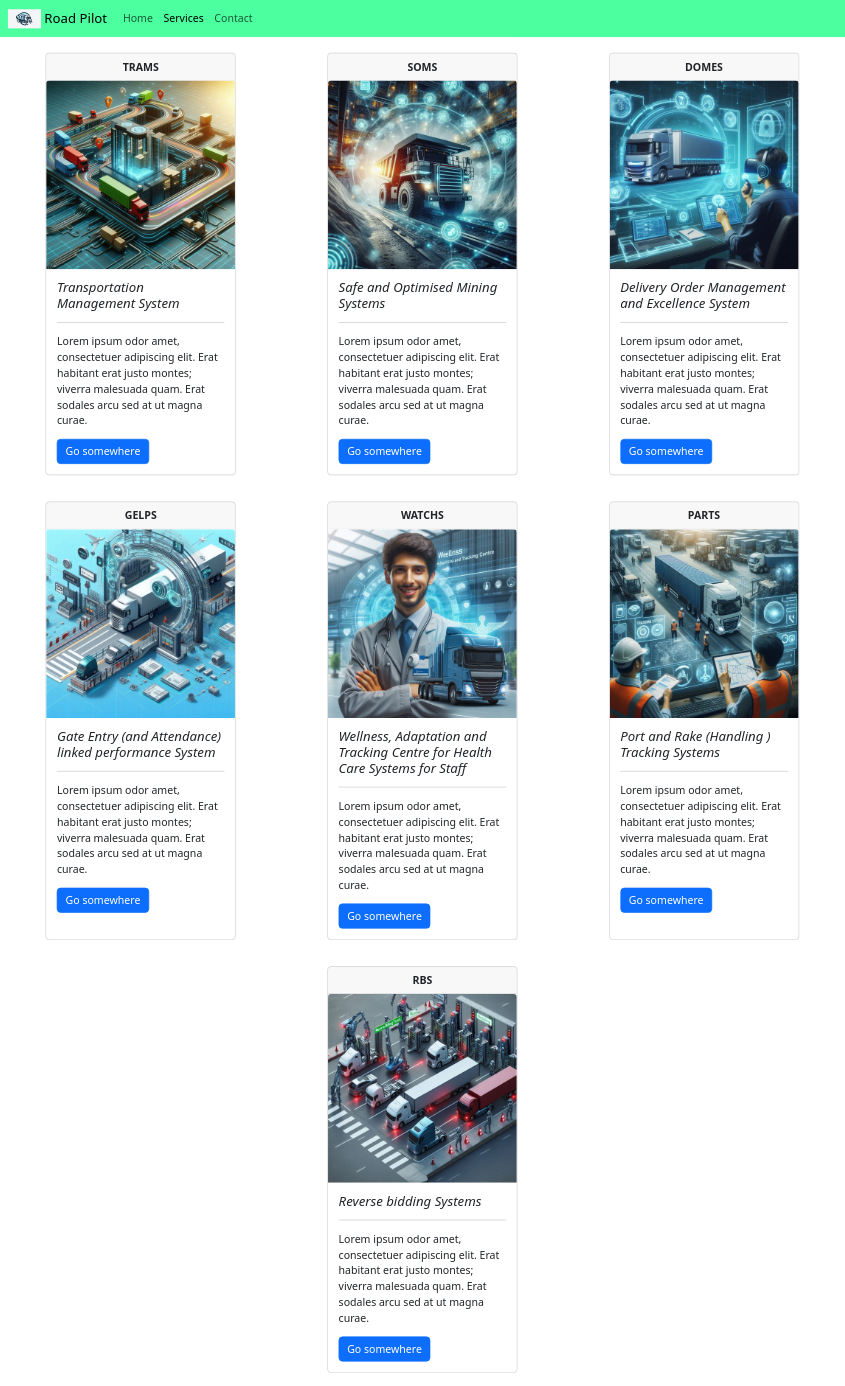
Repository: VictoriousMango/WebCreator
Page: pages/Services.html
The author's editor kept a copy of each file at every save. The page is drawn from the files as they stood at one save, then again after a run of saves.
The browser window is 1280 px wide. The pictures show the whole page, at 66% of full size.

Above is the page before, as saved 2024-11-09 12:15:32.

### pages/Services.html
<!DOCTYPE html>
<html lang="en">

<head>
    <meta charset="UTF-8">
    <meta name="viewport" content="width=device-width, initial-scale=1.0">
    <title>Web Creator</title>
    <link href="https://cdn.jsdelivr.net/npm/bootstrap@5.3.3/dist/css/bootstrap.min.css" rel="stylesheet"
        integrity="sha384-QWTKZyjpPEjISv5WaRU9OFeRpok6YctnYmDr5pNlyT2bRjXh0JMhjY6hW+ALEwIH" crossorigin="anonymous">
    <link rel="stylesheet" href="../assets/css/services.css">
</head>

<body>
    <!-- Navbar -->
    <nav class="navbar navbar-expand-lg">
        <div class="container-fluid">
            <a class="navbar-brand" href="#">
                <img src="../assets/images/Logo.png" alt="Logo" width="50px" class="d-inline-block align-text-top">
                Road Pilot
            </a>
            <button class="navbar-toggler" type="button" data-bs-toggle="collapse" data-bs-target="#navbarNav"
                aria-controls="navbarNav" aria-expanded="false" aria-label="Toggle navigation">
                <span class="navbar-toggler-icon"></span>
            </button>
            <div class="collapse navbar-collapse" id="navbarNav">
                <ul class="navbar-nav">
                    <li class="nav-item">
                        <a class="nav-link" href="../">Home</a>
                    </li>
                    <li class="nav-item">
                        <a class="nav-link active" aria-current="page" href="#">Services</a>
                    </li>
                    <li class="nav-item">
                        <a class="nav-link" href="./contact.html">Contact</a>
                    </li>
                </ul>
            </div>
        </div>
    </nav>
    <!-- NavBar -->
    <!-- Solutions/Softwares we may provide
            *Transportation Management System (TRAMS)
            *Safe and Optimised Mining Systems (SOMS)
            *Delivery Order Management and Excellence System (DOMES)
            *Gate Entry (and Attendance) linked performance System (GELPS)
            *Wellness ,Adaptation and Tracking Centre for Health Care Systems for Staff(WATCHS)
            *Port and Rake (Handling ) Tracking Systems(PARTS)
            *Reverse bidding Systems
    -->
    <div class="services">
        <!-- TRAMS -->
        <div class="card" style="width: 18rem;">
            <div class="card-header">
                <b>TRAMS</b>
            </div>
            <img src="../assets/images/TRAMS.png" class="card-img-top" alt="...">
            <div class="card-body">
                <h5 class="card-title"><i>Transportation Management System</i></h5>
                <hr>
                <p class="card-text">Lorem ipsum odor amet, consectetuer adipiscing elit. Erat habitant erat justo montes; viverra malesuada quam. Erat sodales arcu sed at ut magna curae.</p>
                <a href="#" class="btn btn-primary">Go somewhere</a>
            </div>
        </div>
        <!-- SOMS -->
        <div class="card" style="width: 18rem;">
            <div class="card-header">
                <b>SOMS</b>
            </div>
            <img src="../assets/images/SOMS.png" class="card-img-top" alt="...">
            <div class="card-body">
                <h5 class="card-title"><i>Safe and Optimised Mining Systems</i></h5>
                <hr>
                <p class="card-text">Lorem ipsum odor amet, consectetuer adipiscing elit. Erat habitant erat justo montes; viverra malesuada quam. Erat sodales arcu sed at ut magna curae.</p>
                <a href="#" class="btn btn-primary">Go somewhere</a>
            </div>
        </div>
        <!-- DOMES -->
        <div class="card" style="width: 18rem;">
            <div class="card-header">
                <b>DOMES</b>
            </div>
            <img src="../assets/images/DOMES.png" class="card-img-top" alt="...">
            <div class="card-body">
                <h5 class="card-title"><i>Delivery Order Management and Excellence System</i></h5>
                <hr>
                <p class="card-text">Lorem ipsum odor amet, consectetuer adipiscing elit. Erat habitant erat justo montes; viverra malesuada quam. Erat sodales arcu sed at ut magna curae.</p>
                <a href="#" class="btn btn-primary">Go somewhere</a>
            </div>
        </div>
        <!-- GELPS -->
        <div class="card" style="width: 18rem;">
            <div class="card-header">
                <b>GELPS</b>
            </div>
            <img src="../assets/images/GELPS.png" class="card-img-top" alt="...">
            <div class="card-body">
                <h5 class="card-title"><i>
                    Gate Entry (and Attendance) linked performance System
                </i></h5>
                <hr>
                <p class="card-text">Lorem ipsum odor amet, consectetuer adipiscing elit. Erat habitant erat justo montes; viverra malesuada quam. Erat sodales arcu sed at ut magna curae.</p>
                <a href="#" class="btn btn-primary">Go somewhere</a>
            </div>
        </div>
        <!-- WATCHS -->
        <div class="card" style="width: 18rem;">
            <div class="card-header">
                <b>WATCHS</b>
            </div>
            <img src="../assets/images/WATCHS.png" class="card-img-top" alt="...">
            <div class="card-body">
                <h5 class="card-title"><i>Wellness, Adaptation and Tracking Centre for Health Care Systems for Staff</i></h5>
                <hr>
                <p class="card-text">Lorem ipsum odor amet, consectetuer adipiscing elit. Erat habitant erat justo montes; viverra malesuada quam. Erat sodales arcu sed at ut magna curae.</p>
                <a href="#" class="btn btn-primary">Go somewhere</a>
            </div>
        </div>
        <!-- PARTS -->
        <div class="card" style="width: 18rem;">
            <div class="card-header">
                <b>PARTS</b>
            </div>
            <img src="../assets/images/PARTS.png" class="card-img-top" alt="...">
            <div class="card-body">
                <h5 class="card-title"><i>Port and Rake (Handling ) Tracking Systems</i></h5>
                <hr>
                <p class="card-text">Lorem ipsum odor amet, consectetuer adipiscing elit. Erat habitant erat justo montes; viverra malesuada quam. Erat sodales arcu sed at ut magna curae.</p>
                <a href="#" class="btn btn-primary">Go somewhere</a>
            </div>
        </div>
        <!-- RBS -->
        <div class="card" style="width: 18rem;">
            <div class="card-header">
                <b>RBS</b>
            </div>
            <img src="../assets/images/RBS.png" class="card-img-top" alt="...">
            <div class="card-body">
                <h5 class="card-title"><i>Reverse bidding Systems</i></h5>
                <hr>
                <p class="card-text">Lorem ipsum odor amet, consectetuer adipiscing elit. Erat habitant erat justo montes; viverra malesuada quam. Erat sodales arcu sed at ut magna curae.</p>
                <a href="#" class="btn btn-primary">Go somewhere</a>
            </div>
        </div>
    </div>


    <!-- Scripts -->
    <script src="https://cdn.jsdelivr.net/npm/bootstrap@5.3.3/dist/js/bootstrap.bundle.min.js"
        integrity="sha384-YvpcrYf0tY3lHB60NNkmXc5s9fDVZLESaAA55NDzOxhy9GkcIdslK1eN7N6jIeHz"
        crossorigin="anonymous"></script>
    <script src="https://cdn.jsdelivr.net/npm/@popperjs/core@2.11.8/dist/umd/popper.min.js"
        integrity="sha384-I7E8VVD/ismYTF4hNIPjVp/Zjvgyol6VFvRkX/vR+Vc4jQkC+hVqc2pM8ODewa9r"
        crossorigin="anonymous"></script>
    <script src="https://cdn.jsdelivr.net/npm/bootstrap@5.3.3/dist/js/bootstrap.min.js"
        integrity="sha384-0pUGZvbkm6XF6gxjEnlmuGrJXVbNuzT9qBBavbLwCsOGabYfZo0T0to5eqruptLy"
        crossorigin="anonymous"></script>
</body>

</html>

### assets/css/services.css
.navbar {
    background-color: rgba(0, 255, 119, 0.7);
    position: fixed; /* Make the navbar fixed */
    top: 0; /* Stick to the top */
    width: 100%; /* Full width */
    z-index: 1000; /* Ensure it stays above other content */
}

.services {
    padding-top: 60px;
    display: flex;
    flex-wrap: wrap;
    justify-content: space-around;
}

.card {
    width: 200px;
    margin: 20px;
}

.card:hover {
    transform: scale(1.05);
    transition: ease-in-out;
    box-shadow: 0 0 20px rgba(0, 217, 255, 0.7); /* Change the color and intensity as needed */
}

.card-header {
    display: flex;
    justify-content: center;
}

After the next 2 saves:
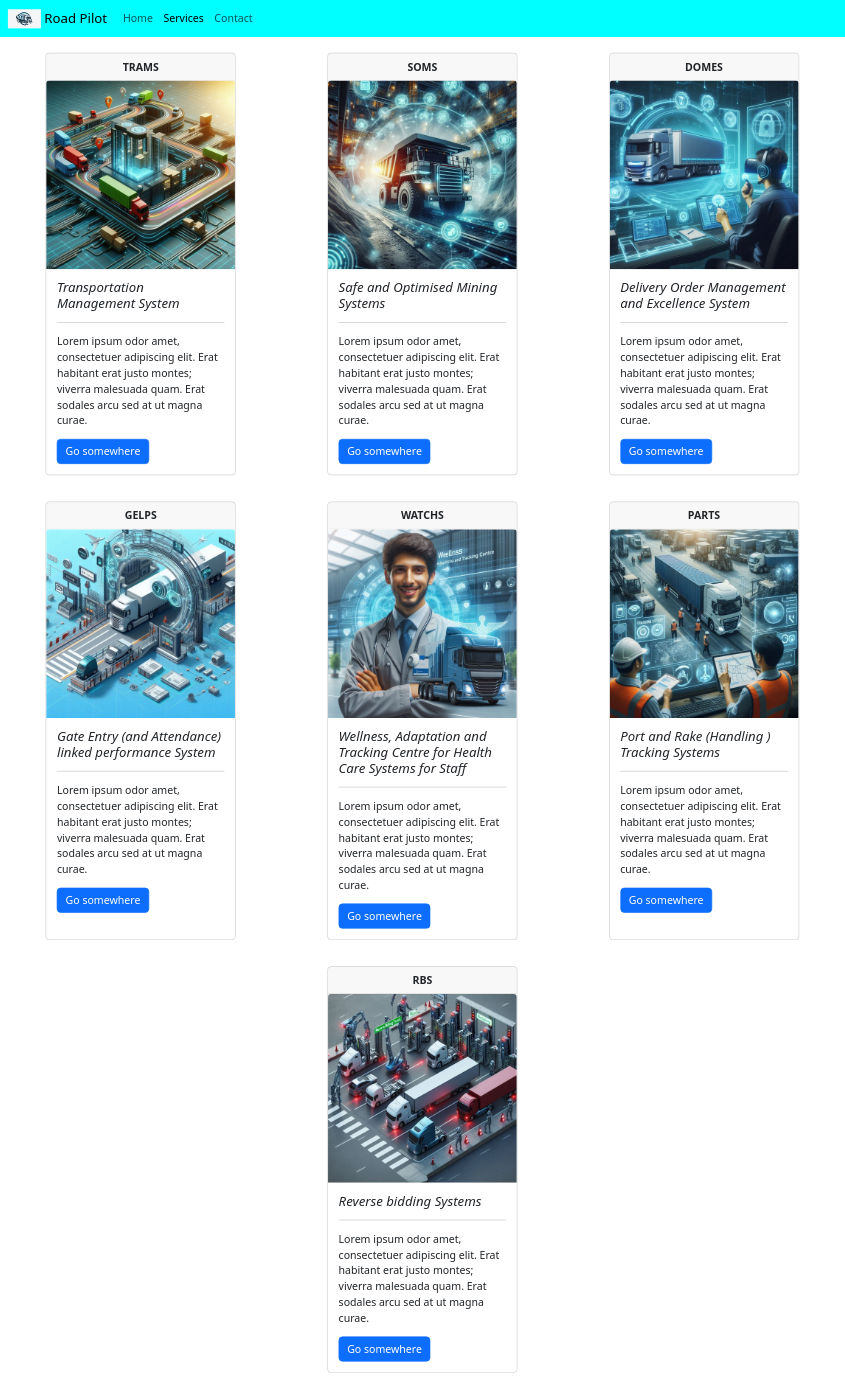
The 2 saves are shown as one change because they came seconds apart.
The last was saved 12 s later.
--- a/assets/css/services.css
+++ b/assets/css/services.css
@@ -1,5 +1,5 @@
 .navbar {
-    background-color: rgba(0, 255, 119, 0.7);
+    background-color: rgb(0, 255, 255);
     position: fixed; /* Make the navbar fixed */
     top: 0; /* Stick to the top */
     width: 100%; /* Full width */
